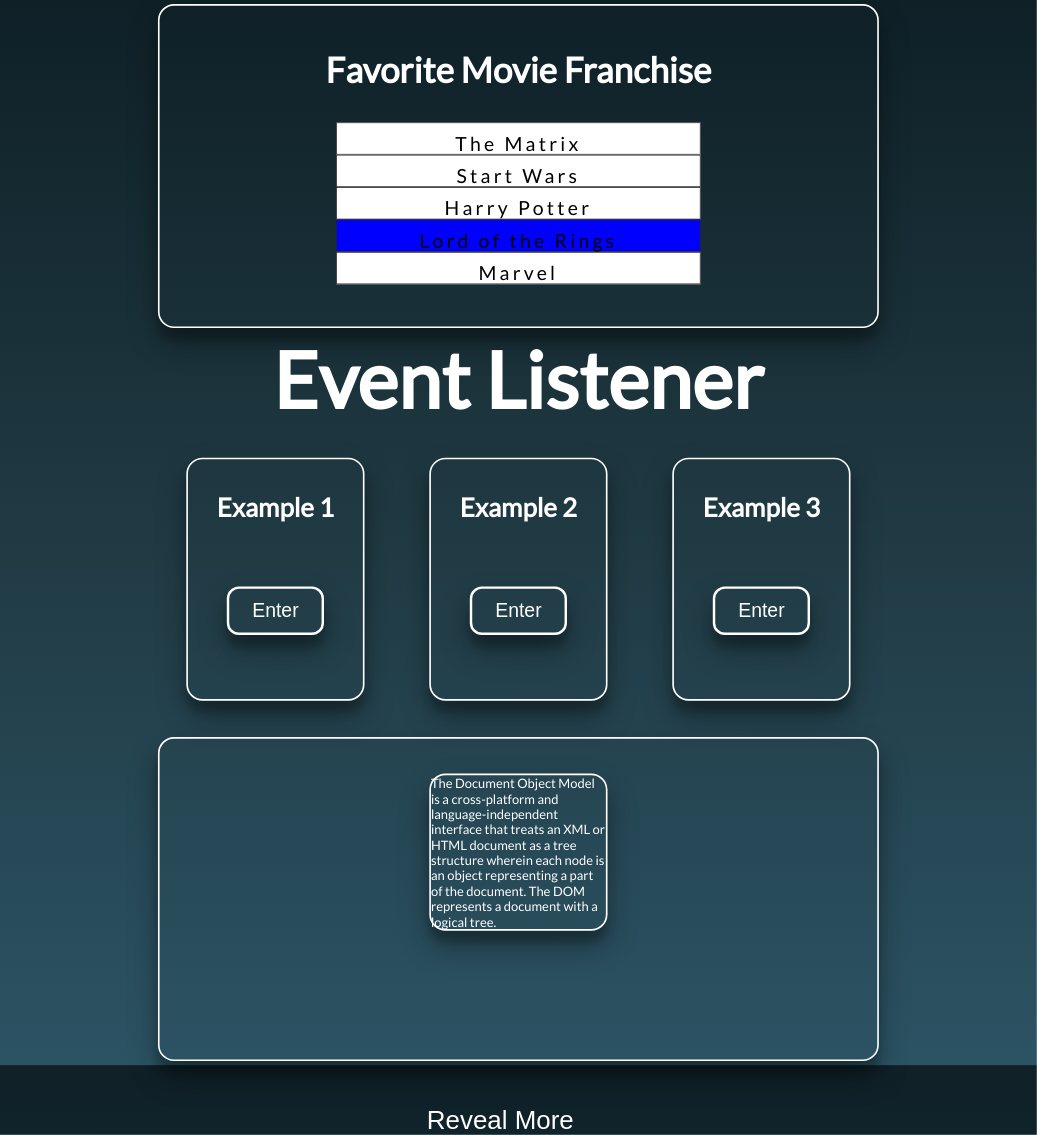
Repository: Ellisvelandia/DOM-Manipulation
Page: index.html
These files come from the project's save history. The page is drawn as it stood at one moment and after a run of saves; the edit follows.
The browser window is 1280 px wide. The pictures show the whole page, at 81% of full size.

Above is the page before, as saved 2022-08-22 18:38:15.

After the next 2 saves:
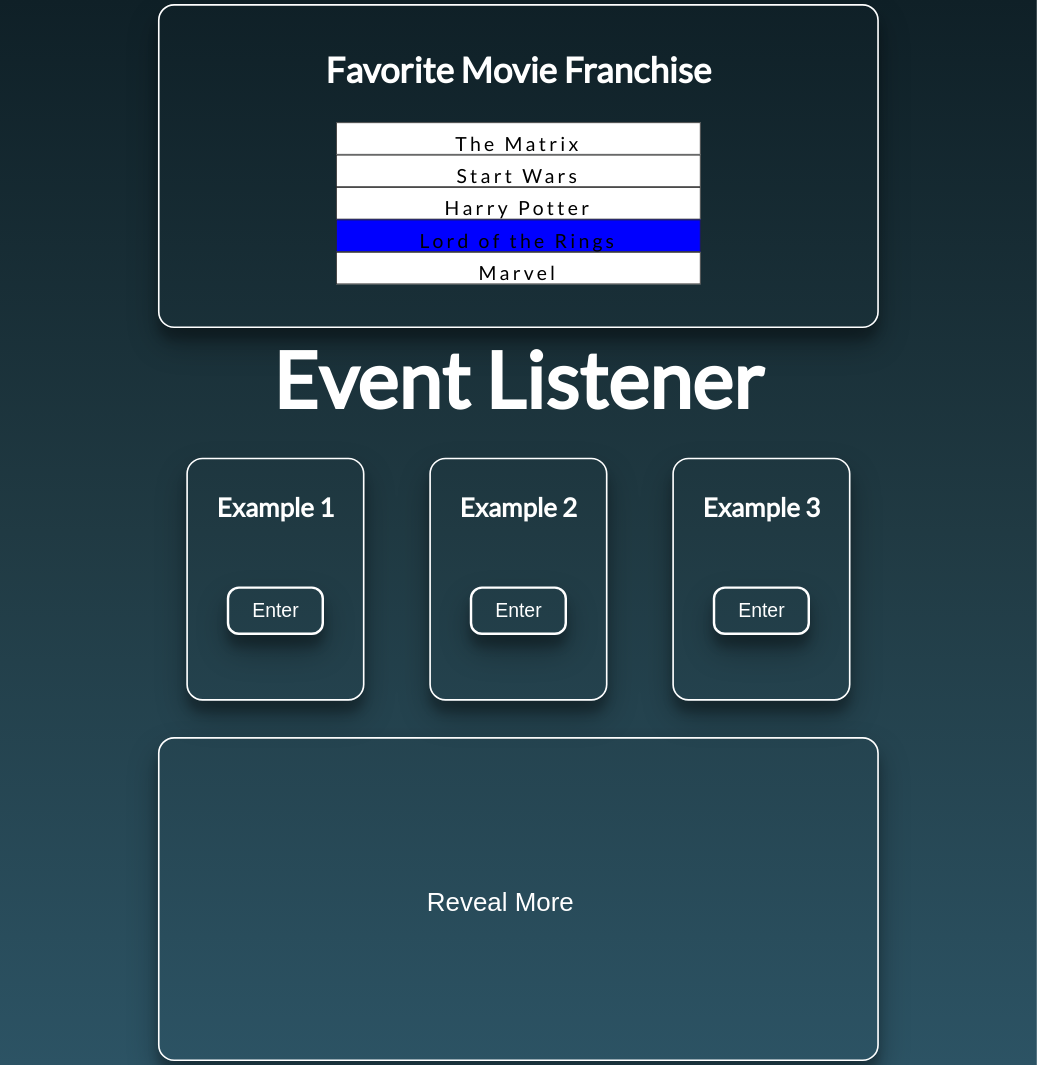
The 2 saves are shown as one change because they came seconds apart.
The last was saved 18 s later.
--- a/style.css
+++ b/style.css
@@ -125,9 +125,3 @@
   font-size: 2rem;
   transform: translate(-50%, -50%);
 }
-
-.hidden-content.boxes {
-  display: grid;
-  place-content: center;
-  color: #fff;
-}
